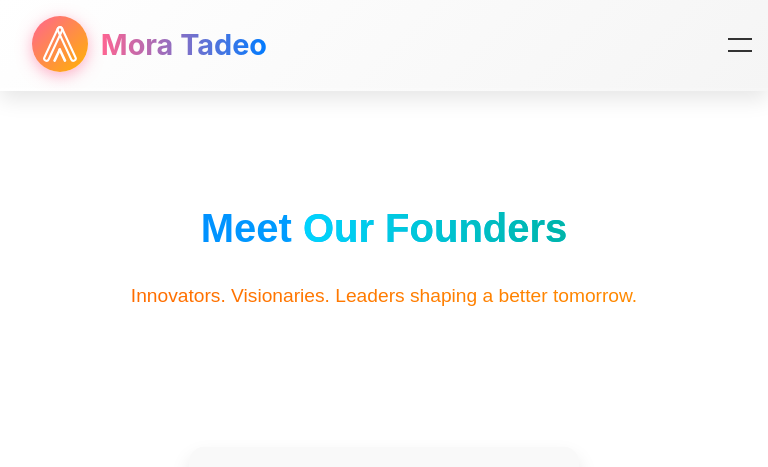
Repository: AbrahamM007/moratadeo
Page: /founders
These files come from the project's save history. The page is drawn as it stood at one moment and after the next save; the edit follows.
The browser window is 768 px wide. The pictures show the part of the page from y = 0 to 467 px (the page is 1575 px tall before and 1895 px after).
Pictures or frames that could not be fetched are drawn as grey boxes. The project was rebuilt for these pictures with package versions that can differ from the ones it lists, and the page was loaded fresh each time. Also part of the build but not shown: src/HeroSection.css, src/HeroSection.js, src/InfoSection.css, src/InfoSection.js, src/RoadmapSection.css, src/RoadmapSection.js, src/DesignPhaseSection.js, src/HeroBanner.js and 6 more.

Above is the page before, as saved 2025-01-12 22:16:23.

After the next save:
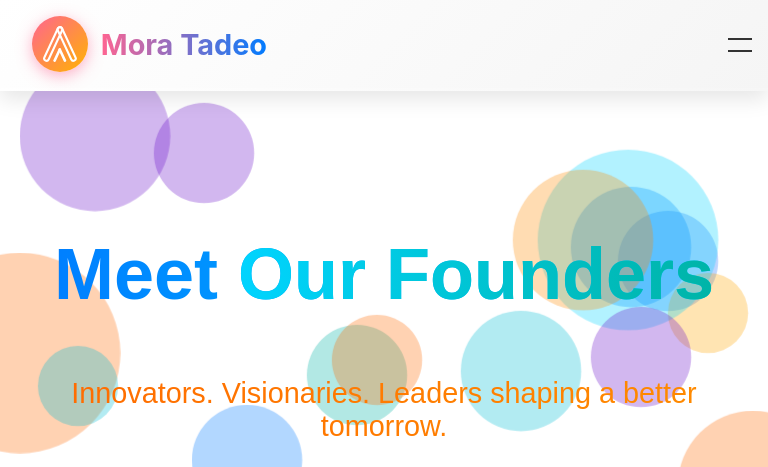
Saved 8 s later.
--- a/src/FoundersPage.css
+++ b/src/FoundersPage.css
@@ -1,7 +1,6 @@
 /* General Page Styling */
 .founders-page {
     font-family: "Arial", sans-serif;
-    color: #333;
     background: #fff; /* Pure white background */
     padding: 20px 0;
     overflow: hidden;
@@ -21,7 +20,7 @@
   }
 
   .founders-hero-title {
-    font-size: 3.5rem;
+    font-size: 4.5rem; /* Larger text */
     font-weight: bold;
     line-height: 1.2;
     background: linear-gradient(90deg, #007bff, #00d4ff);
@@ -36,14 +35,56 @@
   }
 
   .founders-hero-subtitle {
-    font-size: 1.2rem;
+    font-size: 1.8rem; /* Larger text */
     font-weight: 300;
     margin: 0 auto;
-    max-width: 600px;
+    max-width: 800px;
     background: linear-gradient(90deg, #ff6a00, #ff8c00);
     -webkit-background-clip: text;
     -webkit-text-fill-color: transparent;
   }
+
+  /* Decorative Circles */
+  .circle {
+    position: absolute;
+    border-radius: 50%;
+    animation: breathing 6s ease-in-out infinite;
+    z-index: 1;
+    opacity: 0.3;
+  }
+
+  @keyframes breathing {
+    0%, 100% {
+      transform: scale(1);
+    }
+    50% {
+      transform: scale(1.2);
+    }
+  }
+
+  .circle1 {
+    width: 150px;
+    height: 150px;
+    background: #6a11cb;
+    top: -50px;
+    left: 20px;
+  }
+
+  /* Additional Circles with Unique Positions */
+  .circle2 { width: 100px; height: 100px; background: #2575fc; top: 100px; right: 50px; }
+  .circle3 { width: 200px; height: 200px; background: #ff6a00; bottom: 50px; left: -80px; }
+  .circle4 { width: 80px; height: 80px; background: #ffa500; bottom: 150px; right: 20px; }
+  .circle5 { width: 120px; height: 120px; background: #00bcd4; top: 200px; left: 60%; transform: translateX(-50%); }
+  .circle6 { width: 150px; height: 150px; background: #ff6a00; top: 300px; right: -60px; }
+  .circle7 { width: 100px; height: 100px; background: #6a11cb; bottom: 300px; left: 20%; transform: translateX(-50%); }
+  .circle8 { width: 120px; height: 120px; background: #007bff; bottom: 50%; right: 10%; }
+  .circle9 { width: 180px; height: 180px; background: #00d4ff; top: 10%; left: 70%; }
+  .circle10 { width: 100px; height: 100px; background: #00b4a7; bottom: 20%; left: 40%; }
+  .circle11 { width: 140px; height: 140px; background: #ff8c00; top: 15%; right: 15%; }
+  .circle12 { width: 80px; height: 80px; background: #00bcd4; top: 60%; left: 5%; }
+  .circle13 { width: 90px; height: 90px; background: #ff6a00; bottom: 25%; right: 45%; }
+  .circle14 { width: 110px; height: 110px; background: #007bff; top: 75%; left: 25%; }
+  .circle15 { width: 100px; height: 100px; background: #6a11cb; top: 50%; right: 10%; }
 
   /* Founders Section */
   .founders-container {
@@ -77,35 +118,26 @@
     margin-bottom: 20px;
   }
 
-  .founder-name {
-    font-size: 1.8rem;
-    font-weight: bold;
-    margin-bottom: 5px;
-    background: linear-gradient(90deg, #6a11cb, #2575fc);
+  .founder-name,
+  .founder-title,
+  .founder-bio {
+    background: linear-gradient(90deg, #007bff, #00d4ff);
     -webkit-background-clip: text;
     -webkit-text-fill-color: transparent;
   }
 
+  .founder-name {
+    font-size: 2rem; /* Larger text */
+    font-weight: bold;
+    margin-bottom: 5px;
+  }
+
   .founder-title {
-    font-size: 1rem;
-    color: #666;
+    font-size: 1.5rem; /* Larger text */
     margin-bottom: 15px;
   }
 
   .founder-bio {
-    font-size: 1rem;
-    color: #555;
-    line-height: 1.6;
+    font-size: 1.2rem; /* Larger text */
+    line-height: 1.8;
   }
-
-  /* Responsive Design */
-  @media (max-width: 768px) {
-    .founders-container {
-      flex-direction: column;
-      align-items: center;
-    }
-
-    .founders-hero-title {
-      font-size: 2.5rem;
-    }
-  }
